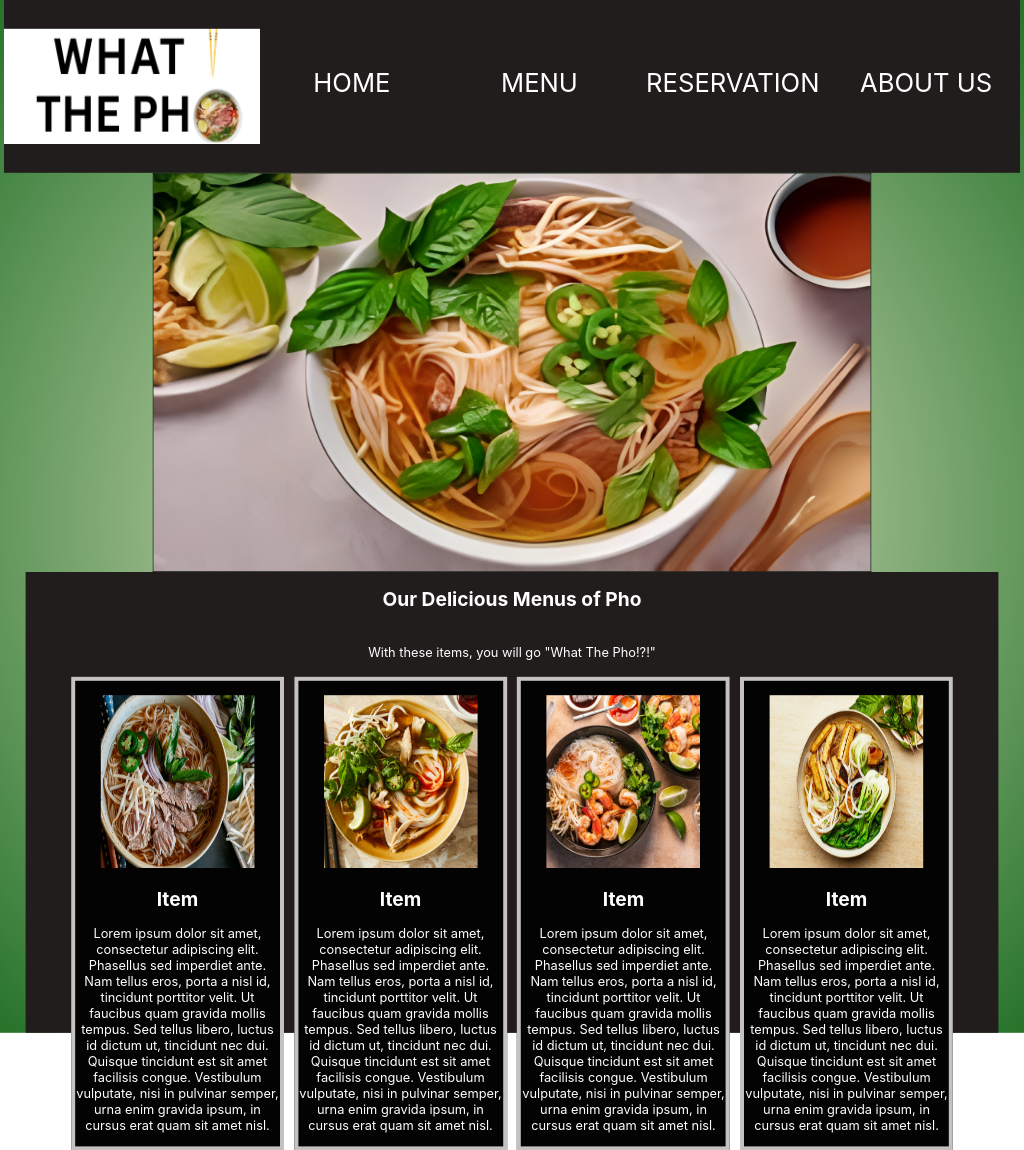
Repository: NguyenkhDang/Restaurant-Website
Page: /
These files come from the project's save history. The page is drawn as it stood at one moment and after the next save; the edit follows.
The browser window is 1280 px wide. The pictures show the whole page, at 80% of full size.
The project was rebuilt for these pictures with package versions that can differ from the ones it lists, and the page was loaded fresh each time.

Above is the page before, as saved 2026-01-15 23:30:07.

After the next save:
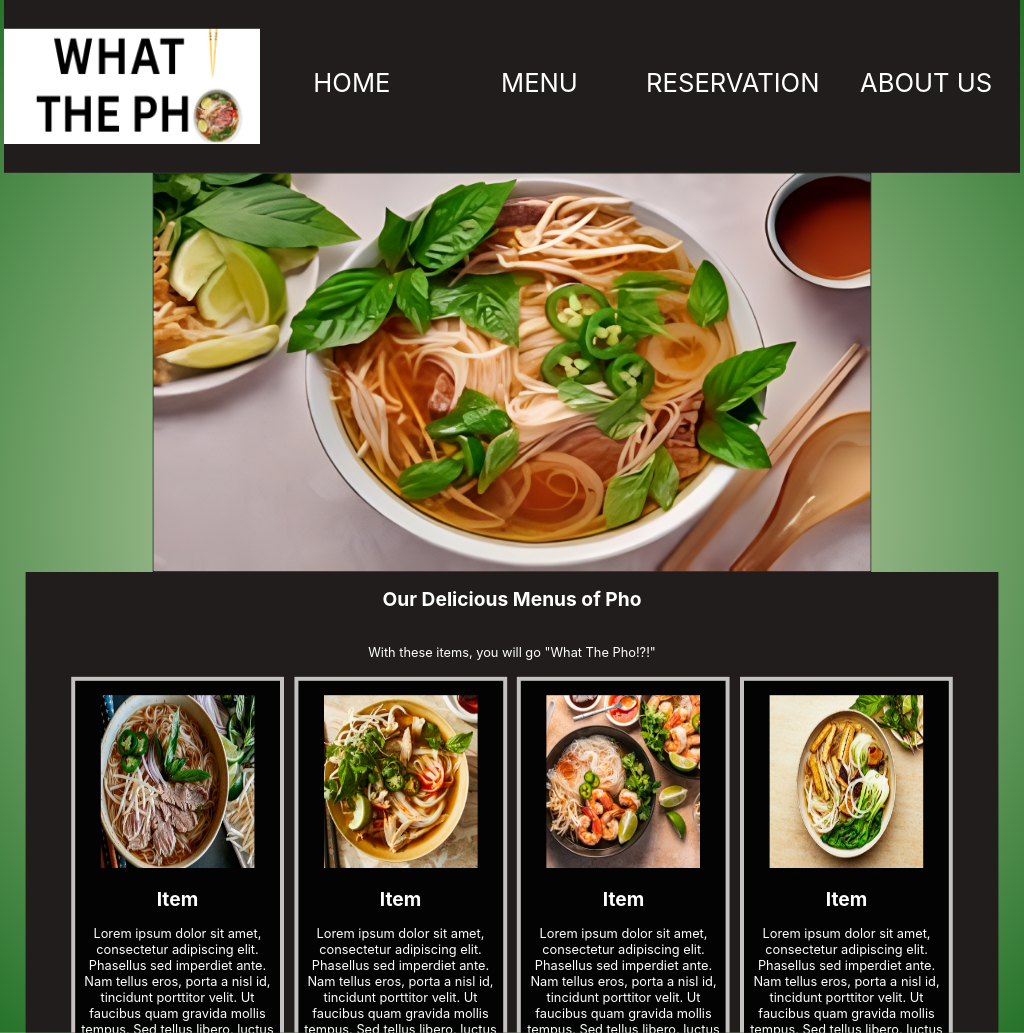
Saved 38 s later.
--- a/src/App.css
+++ b/src/App.css
@@ -11,6 +11,7 @@
   place-items: center;
   text-align: center;
   color: white;
+  overflow: hidden;
 }
 
 .menu {

After the 2 saves that followed:
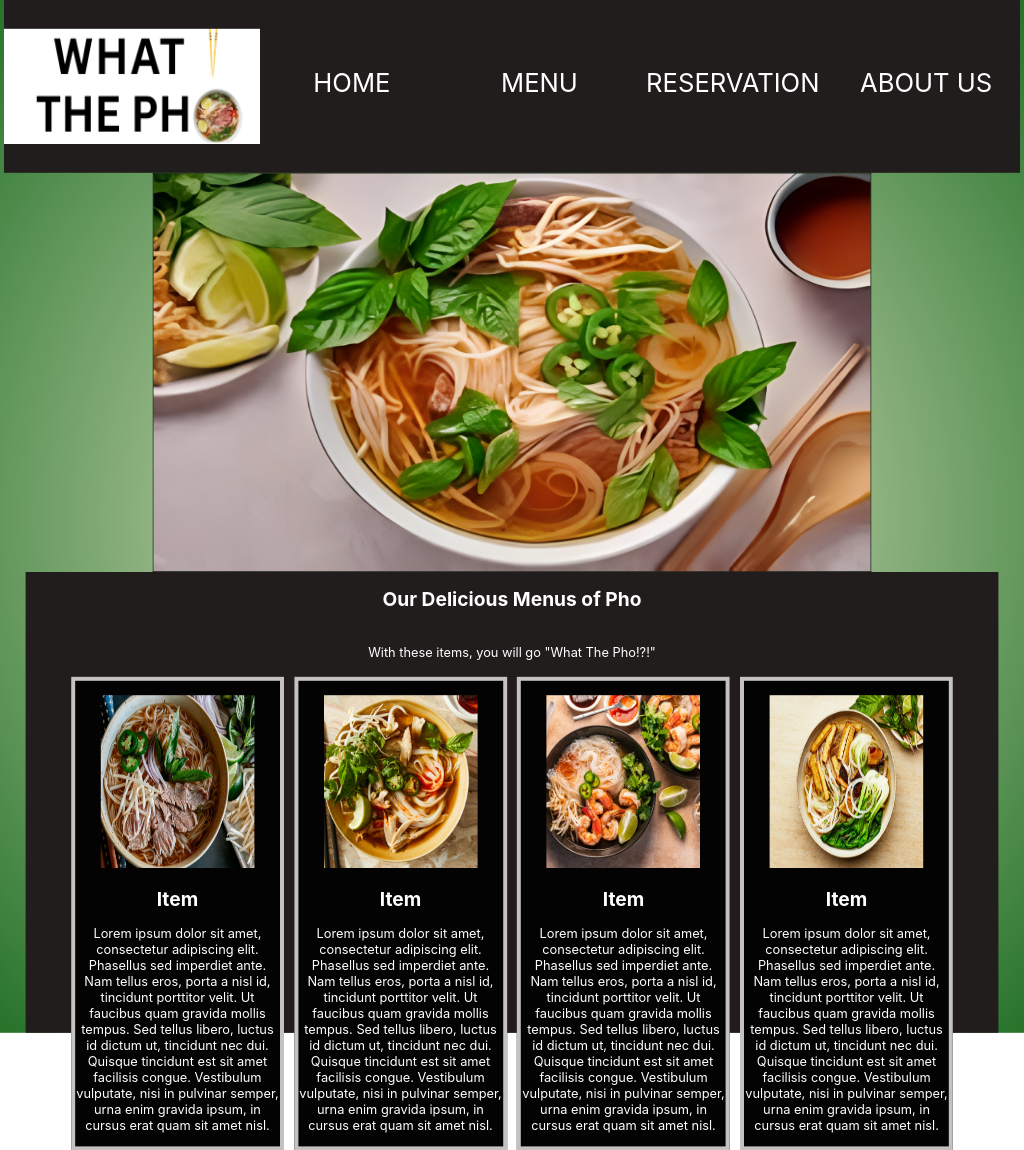
The 2 saves are shown as one change because 1 left the picture as it was.
The last was saved 52 s later.
--- a/src/App.css
+++ b/src/App.css
@@ -11,7 +11,8 @@
   place-items: center;
   text-align: center;
   color: white;
-  overflow: hidden;
+  -ms-overflow-style: none;  /* IE and Edge */
+  scrollbar-width: none;
 }
 
 .menu {
